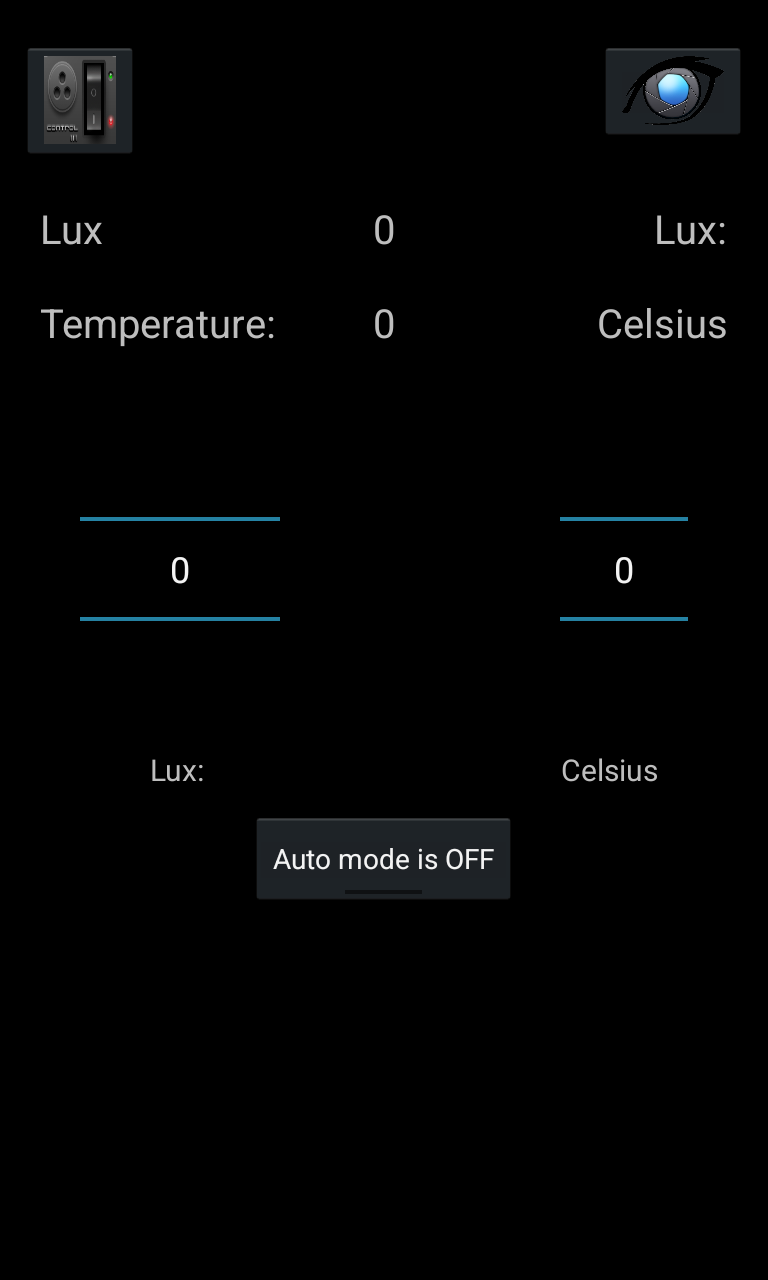
Repository: deanzaka/Shroom_IOIO_OpenCV
Layout: samples/IOIOSimpleApp/res/layout/main.xml
These files come from the project's save history. The layout is drawn as it stood at one moment and after the next save; the edit follows.
It is drawn on a 768 x 1280 px phone screen (xhdpi) without system bars, with theme android:Theme.Holo; the app's code is not run.

Above is the layout before, as saved 2014-06-04 09:59:45.

After the next save:
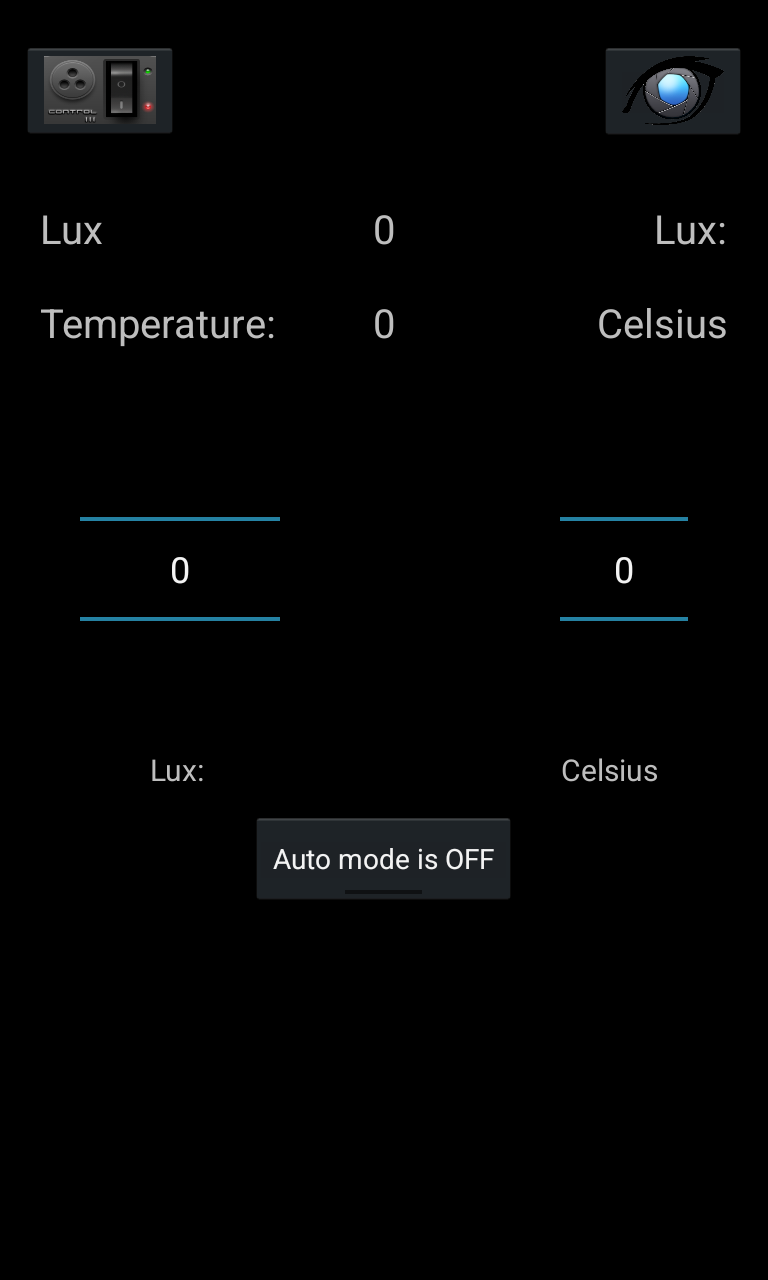
Saved 22 s later.
--- a/samples/IOIOSimpleApp/res/layout/main.xml
+++ b/samples/IOIOSimpleApp/res/layout/main.xml
@@ -28,8 +28,8 @@
         <ImageButton
 		    android:id="@+id/panel"
 		    android:src="@drawable/panel"
-		    android:layout_height="60dp"
-		    android:layout_width="60dp"
+		    android:layout_height="50dp"
+		    android:layout_width="80dp"
 		    android:layout_marginTop="10dp"
 		    android:layout_marginLeft="10dp"
 		    android:scaleType="fitXY"
